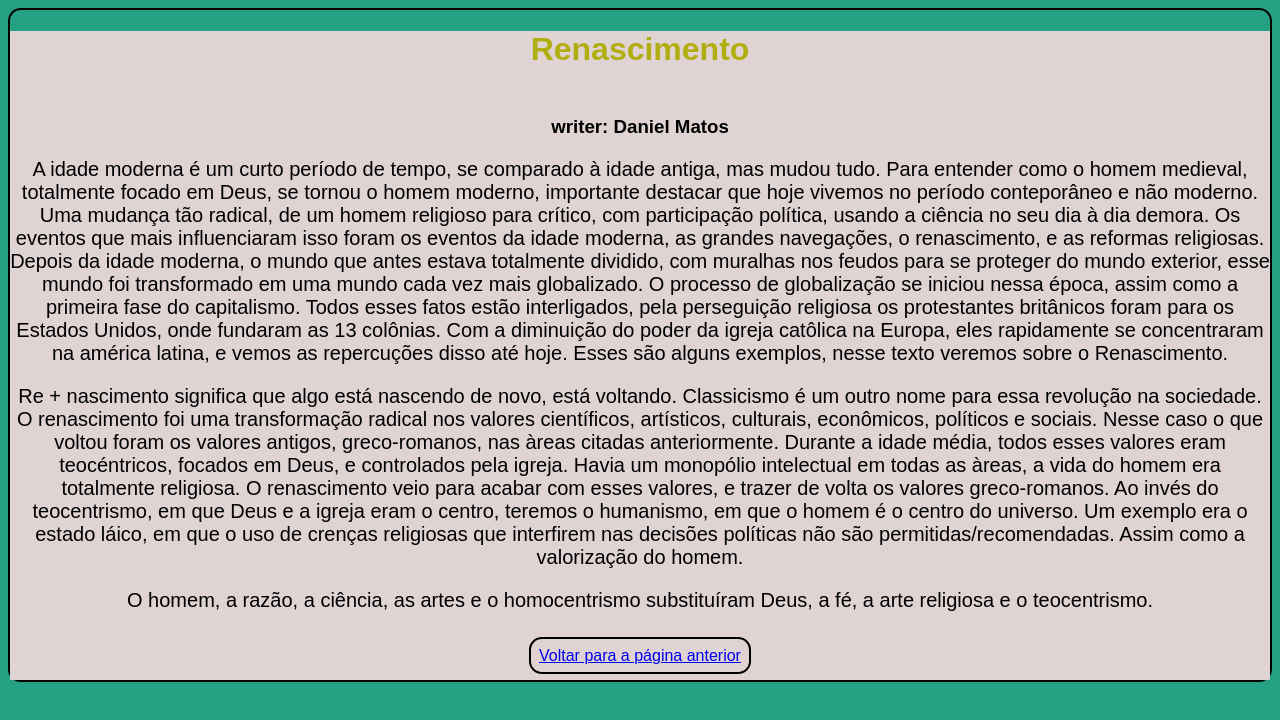
Repository: batmit/FutureFundation.github.io-1
Page: menu/articles/history/modern/renascimento/renascimento.html
The author's editor kept a copy of each file at every save. The page is drawn from the files as they stood at one save, then again after the next save.
The browser window is 1280 px wide. The pictures show the whole page.

Above is the page before, as saved 2021-12-01 13:08:57.

### menu/articles/history/modern/renascimento/renascimento.html
<!DOCTYPE html>
<html lang="pt-BR">
<head>
    <meta charset="UTF-8">
    <meta http-equiv="X-UA-Compatible" content="IE=edge">
    <meta name="viewport" content="width=device-width, initial-scale=1.0">
    <title>Renascimento</title>
    <link rel="stylesheet" href="/menu/main.css">
</head>
<body>
    <div id="all">
        <header>
            <h1>Renascimento</h1>
            <h3>writer: Daniel Matos</h3>
        </header>
        <p>A idade moderna é um curto período de tempo, se comparado à idade antiga, mas mudou tudo. Para entender como o homem medieval, totalmente focado em Deus, se tornou o homem moderno, importante destacar que hoje vivemos no período conteporâneo e não moderno. Uma mudança tão radical, de um homem religioso para crítico, com participação política, usando a ciência no seu dia à dia demora. Os eventos que mais influenciaram isso foram os eventos da idade moderna, as grandes navegações, o renascimento, e as reformas religiosas. Depois da idade moderna, o mundo que antes estava totalmente dividido, com muralhas nos feudos para se proteger do mundo exterior, esse mundo foi transformado em uma mundo cada vez mais globalizado. O processo de globalização se iniciou nessa época, assim como a primeira fase do capitalismo. Todos esses fatos estão interligados, pela perseguição religiosa os protestantes britânicos foram para os Estados Unidos, onde fundaram as 13 colônias. Com a diminuição do poder da igreja catôlica na Europa, eles rapidamente se concentraram na américa latina, e vemos as repercuções disso até hoje. Esses são alguns exemplos, nesse texto veremos sobre o Renascimento. </p>

        <p>Re + nascimento significa que algo está nascendo de novo, está voltando. Classicismo é um outro nome para essa revolução na sociedade. O renascimento foi uma transformação radical nos valores científicos, artísticos, culturais, econômicos, políticos e sociais. Nesse caso o que voltou foram os valores antigos, greco-romanos, nas àreas citadas anteriormente. Durante a idade média, todos esses valores eram teocéntricos, focados em Deus, e controlados pela igreja. Havia um monopólio intelectual em todas as àreas, a vida do homem era totalmente religiosa. O renascimento veio para acabar com esses valores, e trazer de volta os valores greco-romanos. Ao invés do teocentrismo, em que Deus e a igreja eram o centro, teremos o humanismo, em que o homem é o centro do universo. Um exemplo era o estado láico, em que o uso de crenças religiosas que interfirem nas decisões políticas não são permitidas/recomendadas. Assim como a valorização do homem.     </p>

        <p>O homem, a razão, a ciência, as artes e o homocentrismo substituíram Deus, a fé, a arte religiosa e o teocentrismo. </p>


        <a href="./main.html">Voltar para a página anterior</a>
    </div>
</body>
</html>

### menu/main.css
body{

    text-align: center;

    border: black 2px solid;

    border-radius: 0.8rem;

    font-family: 'Ubuntu', arial;

    background-color: rgb(36, 161, 130);


}

#articles {
    gap: 3px;
}

#all{

    background-color: rgb(223, 211, 211);

}


#codigo{
    text-align:left;

}


img{
    text-align: center;
    justify-content: center;

}

p{
    font-size: 20px;
    font-family: 'Ubuntu', arial;
}

a{
    border: 2px solid black;

    border-radius: 0.8rem;

    box-sizing: border-box;

    padding: 0.5rem;

    line-height:3rem;

    margin: 2px;


}

a:hover{

    background-color:#F0FFFF;

}

h1{

    margin-bottom: 3rem;

    color: rgb(177, 174, 17);

}

audio {
    -webkit-transition:all 0.5s linear;
    -moz-transition:all 0.5s linear;
    -o-transition:all 0.5s linear;
    transition:all 0.5s linear;
    -moz-box-shadow: 2px 2px 4px 0px #006773;
    -webkit-box-shadow:  2px 2px 4px 0px #006773;
    box-shadow: 2px 2px 4px 0px #006773;
    -moz-border-radius:7px 7px 7px 7px ;
    -webkit-border-radius:7px 7px 7px 7px ;
    border-radius:7px 7px 7px 7px ;
}

audio:hover, audio:focus, audio:active {

-webkit-box-shadow: 15px 15px 20px rgba(0,0, 0, 0.4);
-moz-box-shadow: 15px 15px 20px rgba(0,0, 0, 0.4);
box-shadow: 15px 15px 20px rgba(0,0, 0, 0.4);
-webkit-transform: scale(1.05);
-moz-transform: scale(1.05);
transform: scale(1.05);

}



@media (max-width: 900px) {


    a{

        display: block;
        line-height: 0.5rem;
        padding: 1rem;

    }

    #img{
        text-align: right;
    }

}

@media (prefers-color-scheme: dark) {
    #all{

        background-color: rgb(90, 73, 73);

    }

    h1{
        color: white
    }

    p{
        color: white;
    }

    a{
        background-color: aqua;
    }

    h3{
        color: white;
    }

    strong {
        color: white;
    }


}

After the next save:
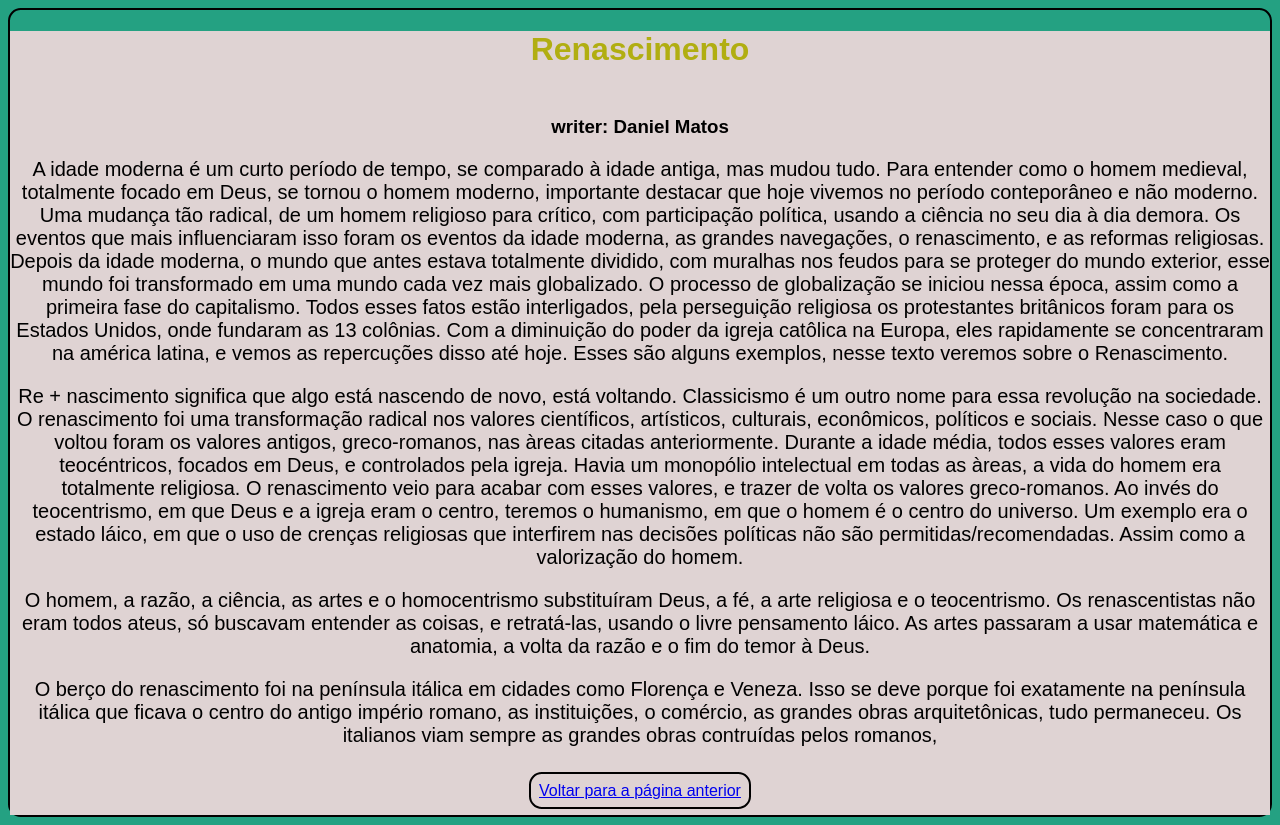
Saved 11 min 48 s later.
--- a/menu/articles/history/modern/renascimento/renascimento.html
+++ b/menu/articles/history/modern/renascimento/renascimento.html
@@ -17,7 +17,9 @@
 
         <p>Re + nascimento significa que algo está nascendo de novo, está voltando. Classicismo é um outro nome para essa revolução na sociedade. O renascimento foi uma transformação radical nos valores científicos, artísticos, culturais, econômicos, políticos e sociais. Nesse caso o que voltou foram os valores antigos, greco-romanos, nas àreas citadas anteriormente. Durante a idade média, todos esses valores eram teocéntricos, focados em Deus, e controlados pela igreja. Havia um monopólio intelectual em todas as àreas, a vida do homem era totalmente religiosa. O renascimento veio para acabar com esses valores, e trazer de volta os valores greco-romanos. Ao invés do teocentrismo, em que Deus e a igreja eram o centro, teremos o humanismo, em que o homem é o centro do universo. Um exemplo era o estado láico, em que o uso de crenças religiosas que interfirem nas decisões políticas não são permitidas/recomendadas. Assim como a valorização do homem.     </p>
 
-        <p>O homem, a razão, a ciência, as artes e o homocentrismo substituíram Deus, a fé, a arte religiosa e o teocentrismo. </p>
+        <p>O homem, a razão, a ciência, as artes e o homocentrismo substituíram Deus, a fé, a arte religiosa e o teocentrismo. Os renascentistas não eram todos ateus, só buscavam entender as coisas, e retratá-las, usando o livre pensamento láico. As artes passaram a usar matemática e anatomia, a volta da razão e o fim do temor à Deus. </p>
+
+        <p>O berço do renascimento foi na península itálica em cidades como Florença e Veneza. Isso se deve porque foi exatamente na península itálica que ficava o centro do antigo império romano, as instituições, o comércio, as grandes obras arquitetônicas, tudo permaneceu. Os italianos viam sempre as grandes obras contruídas pelos romanos, </p>
 
 
         <a href="./main.html">Voltar para a página anterior</a>
